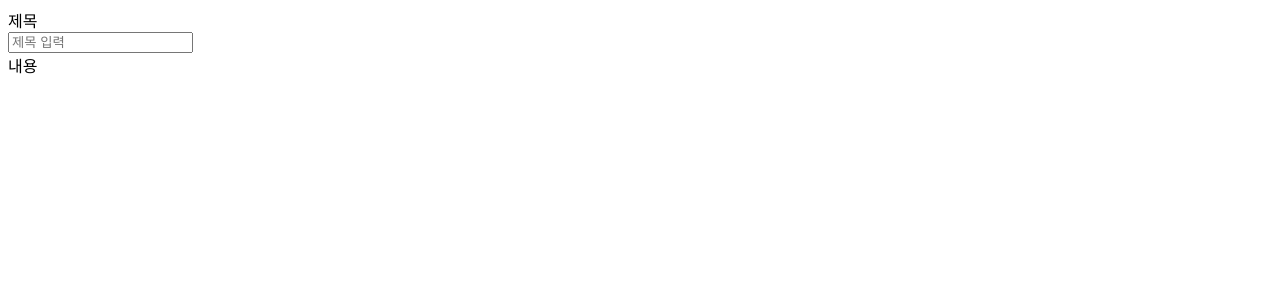
Repository: Pang-Ho/TIL
Page: JavaScript/workspace_web/htmltest/WebContent/boardwrite.html
An editor plug-in stored every save of this project. The page is shown before and after the next save, followed by the edit.
The browser window is 1280 px wide. The pictures show the whole page.

Above is the page before, as saved 2021-08-19 08:45:54.

### JavaScript/workspace_web/htmltest/WebContent/boardwrite.html
<!DOCTYPE html>
<html>
<head>
<meta charset="UTF-8">
<title>Insert title here</title>
</head>
<body>
	<form>
		제목<br>
		<input type="text" placeholder="제목 입력" name="title"><br>
		내용<br>
		<textaera class="form-control" rows="3" placeholder="내용 입력" name="contents"></textaera>
	</form>
</body>
</html>

After the next save:
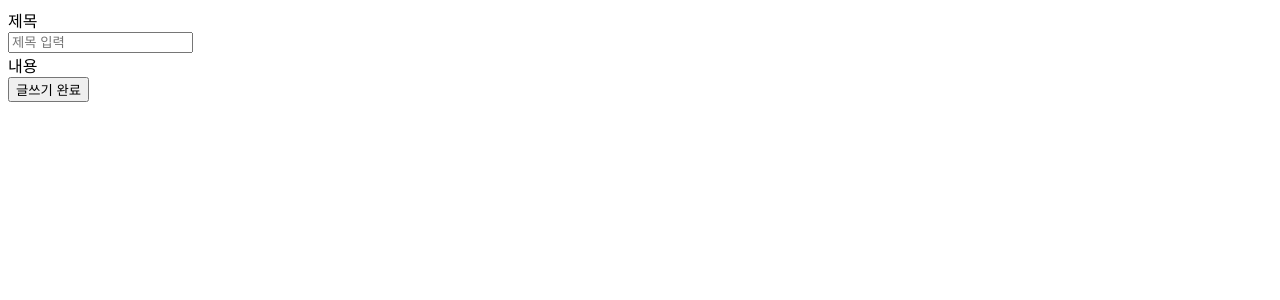
Saved 2 min 17 s later.
--- a/JavaScript/workspace_web/htmltest/WebContent/boardwrite.html
+++ b/JavaScript/workspace_web/htmltest/WebContent/boardwrite.html
@@ -10,6 +10,8 @@
 		<input type="text" placeholder="제목 입력" name="title"><br>
 		내용<br>
 		<textaera class="form-control" rows="3" placeholder="내용 입력" name="contents"></textaera>
+
+		<input type="submit" value="글쓰기 완료">
 	</form>
 </body>
 </html>
